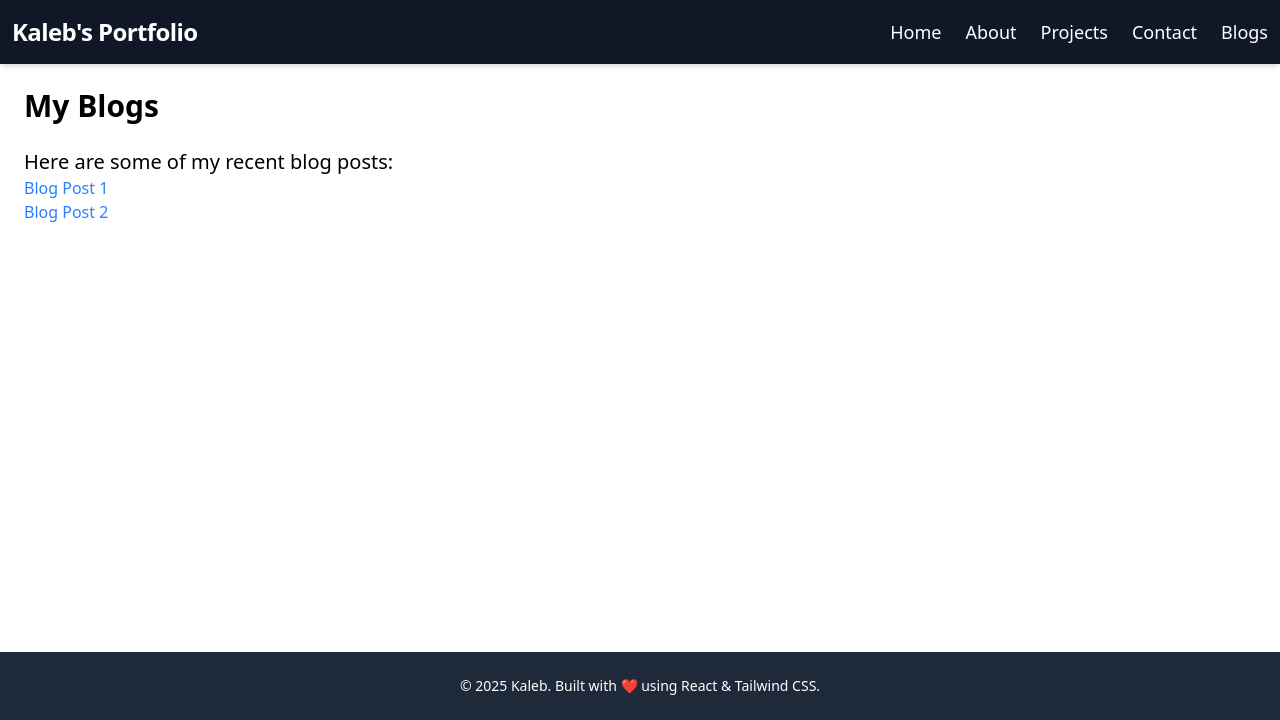
Repository: KalebMalone/portfolio-site
Page: /blogs
These files come from the project's save history. The page is drawn as it stood at one moment and after the next save; the edit follows.
The browser window is 1280 px wide. The pictures show the whole page.
The project was rebuilt for these pictures with package versions that can differ from the ones it lists, and the page was loaded fresh each time. Also part of the build but not shown: vite.config.js, src/pages/Home.jsx, src/pages/About.jsx, src/pages/Projects.jsx, src/pages/Contact.jsx.

Above is the page before, as saved 2025-04-23 17:25:22.

### src/App.jsx
import { BrowserRouter as Router, Routes, Route } from 'react-router-dom';
import Header from './components/Header';
import Footer from './components/Footer';

import Home from './pages/Home';
import About from './pages/About';
import Projects from './pages/Projects';
import Contact from './pages/Contact';
import Blogs from './pages/Blogs'; // Import Blogs page

function App() {
  return (
    <Router>
      <div className="flex flex-col min-h-screen">
        <Header />

        <main className="flex-grow">
          <Routes>
            <Route path="/" element={<Home />} />
            <Route path="/about" element={<About />} />
            <Route path="/projects" element={<Projects />} />
            <Route path="/contact" element={<Contact />} />
            <Route path="/blogs" element={<Blogs />} /> {/* Add route for Blogs */}
          </Routes>
        </main>

        <Footer />
      </div>
    </Router>
  );
}

export default App;

### src/index.css
@import 'tailwindcss';  /* Or use the Tailwind directives below */

/* Or alternatively, use these Tailwind directives directly in your CSS */
@tailwind base;
@tailwind components;
@tailwind utilities;

### src/components/Header.jsx
import { Link } from 'react-router-dom';

const Header = () => {
    return (
        <header className="bg-gray-900 text-white shadow-md py-4">
            <nav className="max-w-9xl mx-auto flex justify-between items-center px-3">
                {/* Logo/Brand Name (Left-aligned) */}
                <h1 className="text-2xl font-bold tracking-tight">Kaleb's Portfolio</h1>

                {/* Navigation Links (Right-aligned) */}
                <ul className="flex space-x-6 text-lg"> {/* Reduced space between items */}
                    {['Home', 'About', 'Projects', 'Contact', 'Blogs'].map((page) => ( // Add Blogs here
                        <li key={page}>
                            <Link
                                to={`/${page.toLowerCase() === 'home' ? '' : page.toLowerCase()}`}
                                className="hover:text-blue-400 transition-colors duration-200"
                            >
                                {page}
                            </Link>
                        </li>
                    ))}
                </ul>
            </nav>
        </header>
    );
};

export default Header;

### src/components/Footer.jsx
const Footer = () => {
    return (
        <footer className="bg-gray-800 text-white text-center py-6 mt-10">
            <p className="text-sm">© {new Date().getFullYear()} Kaleb. Built with ❤️ using React & Tailwind CSS.</p>
        </footer>
    );
};

export default Footer;

### src/pages/Blogs.jsx
import React from 'react';

const Blogs = () => {
    return (
        <div className="container mx-auto p-6">
            <h2 className="text-3xl font-bold mb-6">My Blogs</h2>
            <p className="text-xl">Here are some of my recent blog posts:</p>
            {/* You can add actual blog links here */}
            <ul>
                <li>
                    <a href="https://example.com/blog1" className="text-blue-500">Blog Post 1</a>
                </li>
                <li>
                    <a href="https://example.com/blog2" className="text-blue-500">Blog Post 2</a>
                </li>
                {/* Add more blogs as needed */}
            </ul>
        </div>
    );
};

export default Blogs;

Loaded but not shown: index.html (common file); src/main.jsx (common file)

After the next save:
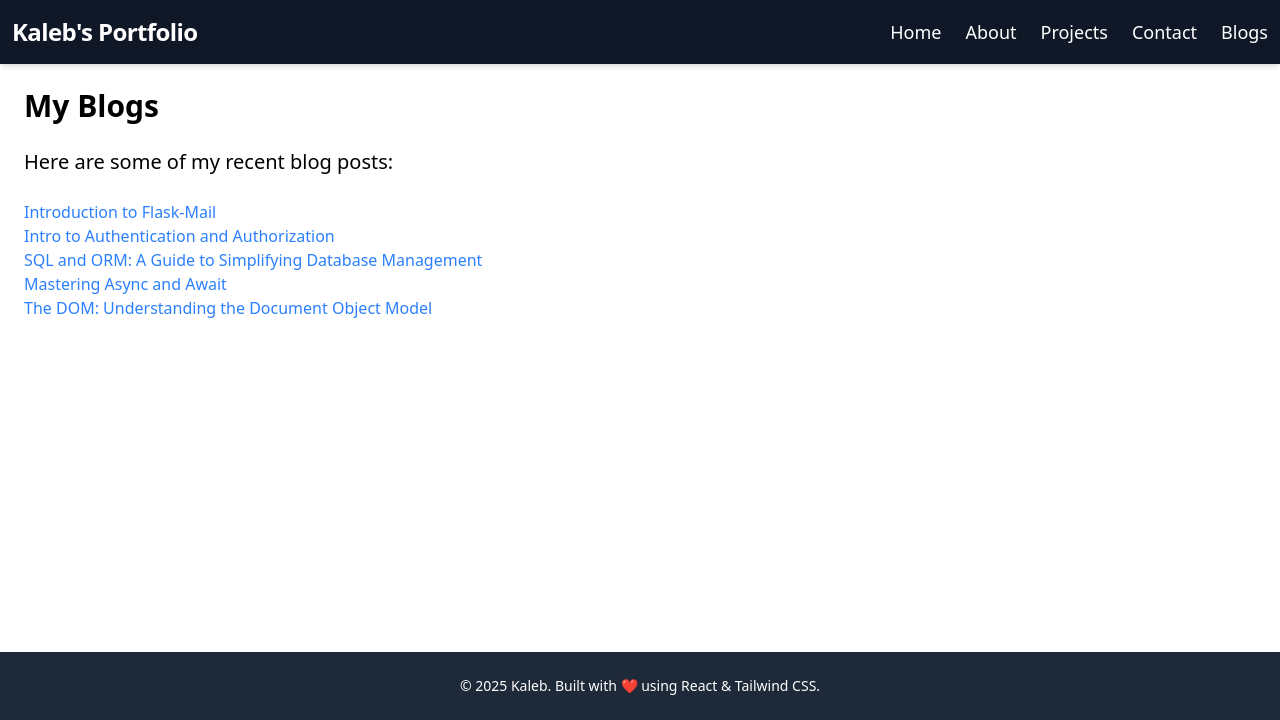
Saved 3 min 27 s later.
--- a/src/pages/Blogs.jsx
+++ b/src/pages/Blogs.jsx
@@ -4,16 +4,58 @@ const Blogs = () => {
     return (
         <div className="container mx-auto p-6">
             <h2 className="text-3xl font-bold mb-6">My Blogs</h2>
-            <p className="text-xl">Here are some of my recent blog posts:</p>
-            {/* You can add actual blog links here */}
+            <p className="text-xl mb-6">Here are some of my recent blog posts:</p>
             <ul>
                 <li>
-                    <a href="https://example.com/blog1" className="text-blue-500">Blog Post 1</a>
+                    <a
+                        href="https://medium.com/@kalebmalone7/introduction-to-flask-mail-89cccfeba067"
+                        className="text-blue-500 hover:underline"
+                        target="_blank"
+                        rel="noopener noreferrer"
+                    >
+                        Introduction to Flask-Mail
+                    </a>
                 </li>
                 <li>
-                    <a href="https://example.com/blog2" className="text-blue-500">Blog Post 2</a>
+                    <a
+                        href="https://medium.com/@kalebmalone7/intro-to-authentication-and-authorization-67c5082f1454"
+                        className="text-blue-500 hover:underline"
+                        target="_blank"
+                        rel="noopener noreferrer"
+                    >
+                        Intro to Authentication and Authorization
+                    </a>
                 </li>
-                {/* Add more blogs as needed */}
+                <li>
+                    <a
+                        href="https://medium.com/@kalebmalone7/sql-and-orm-a-guide-to-simplifying-database-management-96f84c878888"
+                        className="text-blue-500 hover:underline"
+                        target="_blank"
+                        rel="noopener noreferrer"
+                    >
+                        SQL and ORM: A Guide to Simplifying Database Management
+                    </a>
+                </li>
+                <li>
+                    <a
+                        href="https://medium.com/@kalebmalone7/mastering-async-and-await-6d5a32b640b9"
+                        className="text-blue-500 hover:underline"
+                        target="_blank"
+                        rel="noopener noreferrer"
+                    >
+                        Mastering Async and Await
+                    </a>
+                </li>
+                <li>
+                    <a
+                        href="https://medium.com/@kalebmalone7/the-dom-c04c42e8f43d"
+                        className="text-blue-500 hover:underline"
+                        target="_blank"
+                        rel="noopener noreferrer"
+                    >
+                        The DOM: Understanding the Document Object Model
+                    </a>
+                </li>
             </ul>
         </div>
     );
